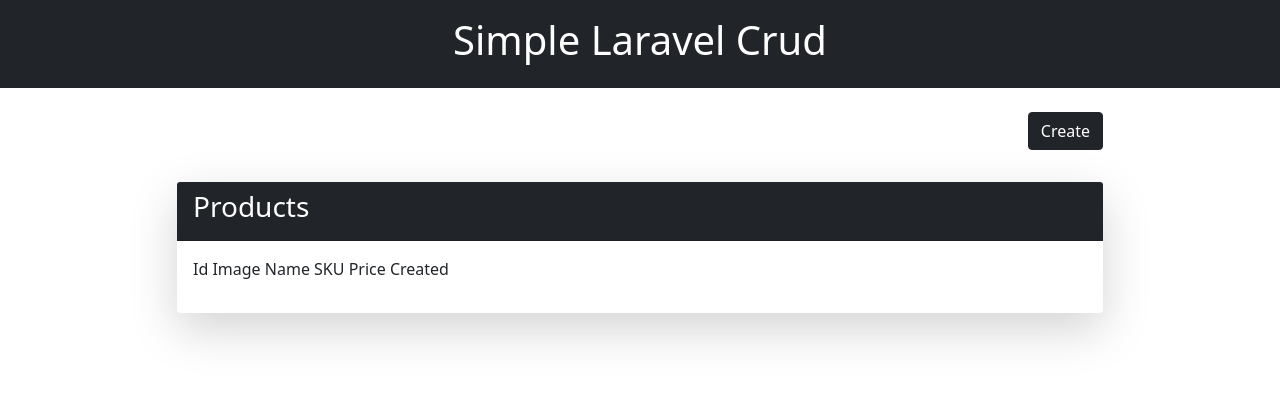
Repository: Muskan1Kumari4draw/Crud-in-Laravel
Page: http://localhost/products
These files come from the project's save history. The page is drawn as it stood at one moment and after the next save; the edit follows.
The browser window is 1280 px wide. The pictures show the whole page.
The page is served by the project's Laravel application, run on PHP 8.4 with Laravel 12. Queries for data that is not in the repository find no rows.

Above is the page before, as saved 2024-09-14 12:04:58.

After the next save:
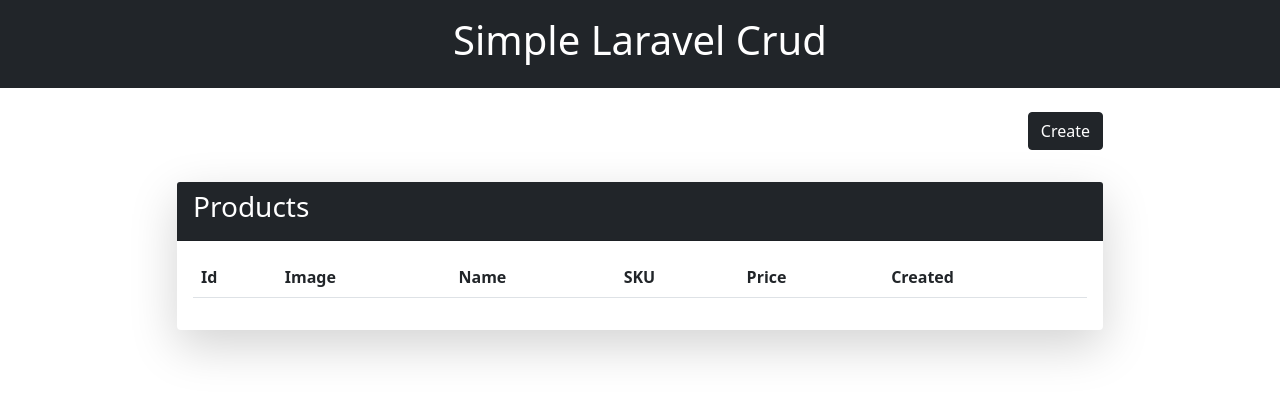
Saved 17 s later.
--- a/resources/views/products/list.blade.php
+++ b/resources/views/products/list.blade.php
@@ -30,7 +30,7 @@
               <h3 class="text-white">Products</h3>
             </div>
 <div class="card-body">
-    <div class="table">
+    <table class="table">
         <tr>
             <th>Id</th>
             <th>Image</th>
@@ -39,7 +39,7 @@
             <th>Price</th>
             <th>Created</th>
         </tr>
-    </div>
+    </table>
 </div>
           </div>
         </div>
